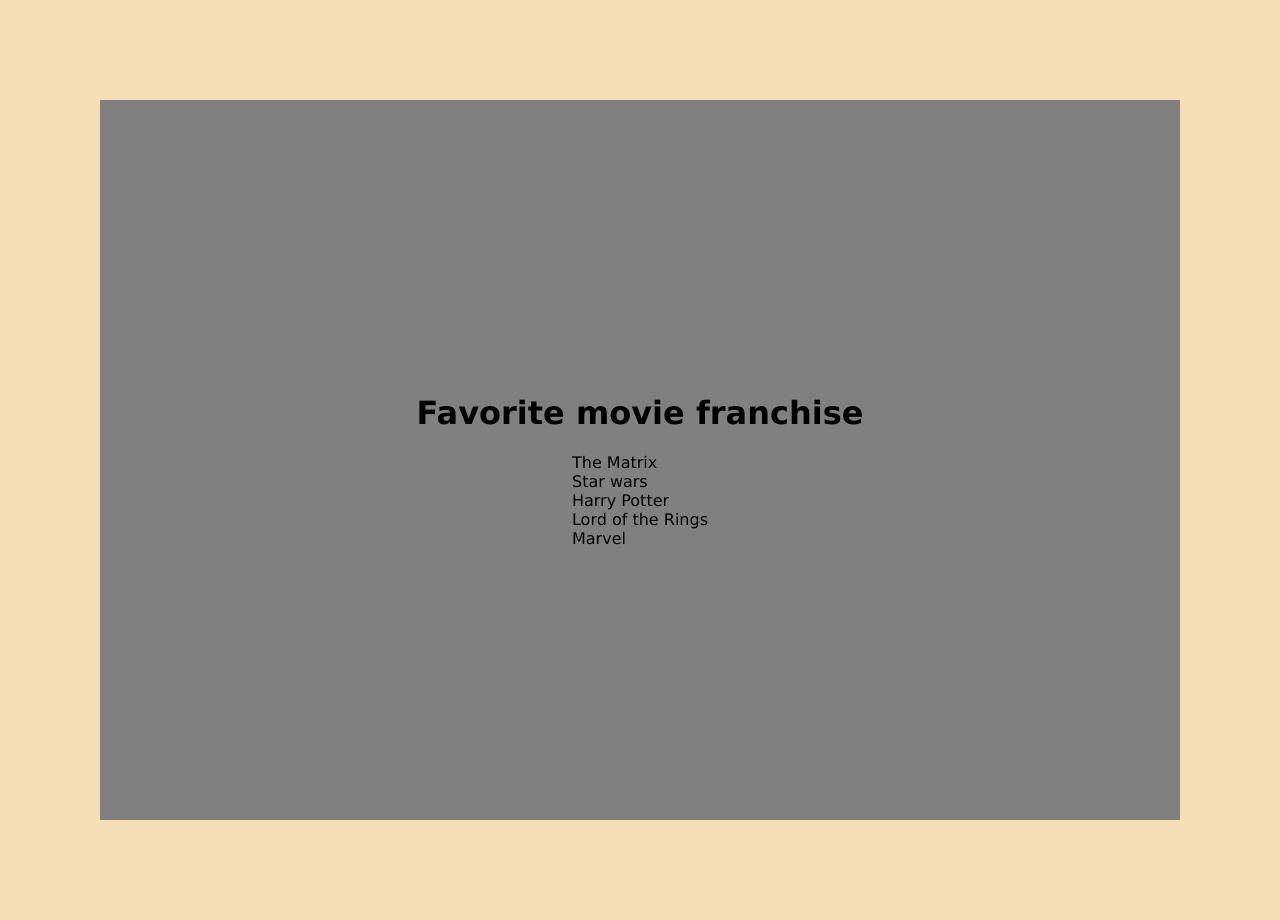
Repository: wakoya-tech/react-project
Page: Desktop/shaakala/jaal/index.html
These files come from the project's save history. The page is drawn as it stood at one moment and after the next save; the edit follows.
The browser window is 1280 px wide. The pictures show the whole page.

Above is the page before, as saved 2025-08-25 16:35:41.

After the next save:
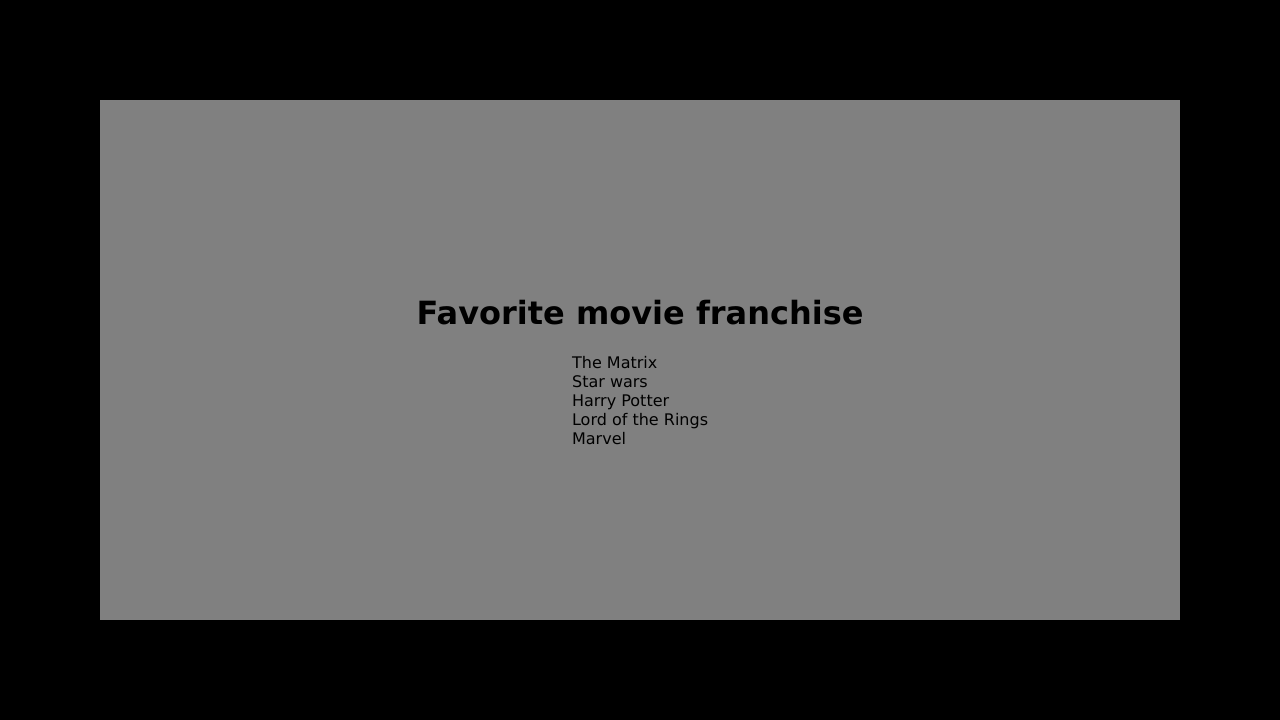
Saved 2 min 13 s later.
--- a/Desktop/shaakala/jaal/index.html
+++ b/Desktop/shaakala/jaal/index.html
@@ -5,6 +5,9 @@
     <meta name="viewport" content="width=device-width, initial-scale=1.0">
     <title>Master DOm manipulation part:1</title>
     <style>
+        *{
+            box-sizing: border-box;
+        }
 body {
     font-family: Verdana, Geneva, Tahoma, sans-serif;
     background: grey;
@@ -17,7 +20,7 @@ body {
     justify-content: center;
     align-items: center;
     height: 100vh;
-    border: 100px solid wheat;
+    border: 100px solid;
 }
 ul {
   list-style: none;
